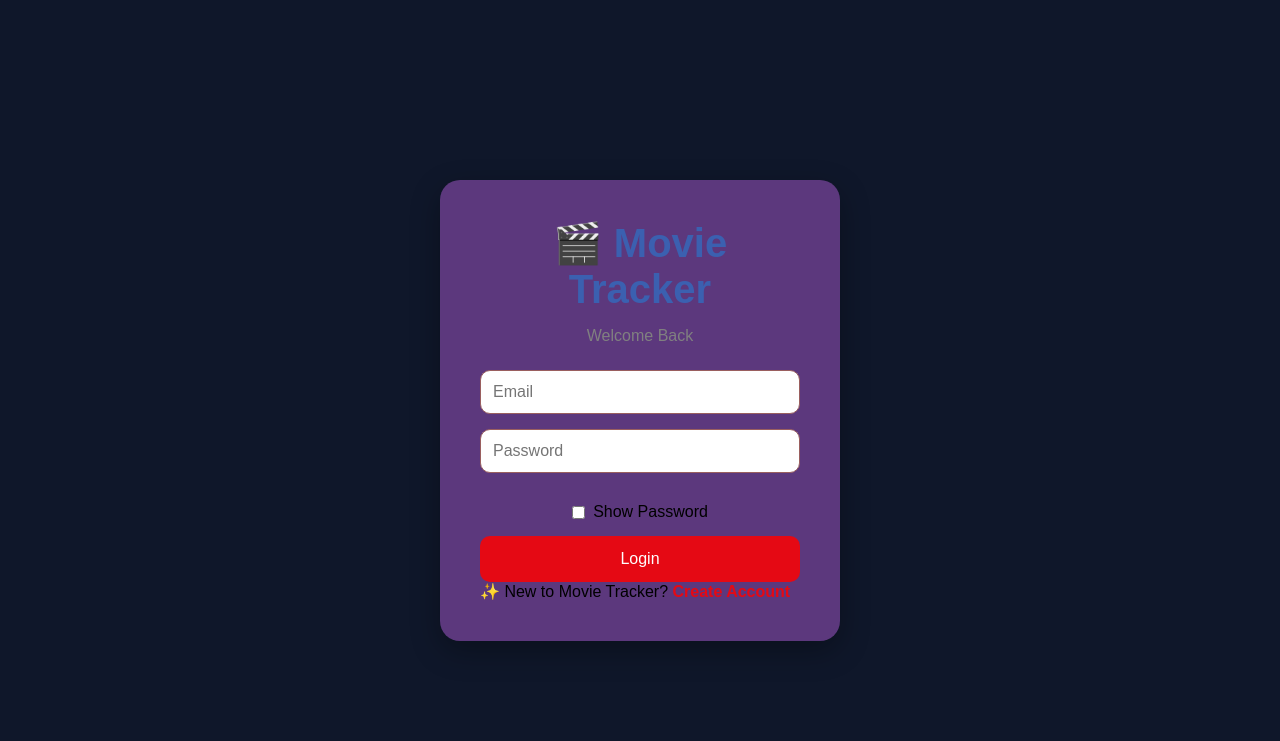
Repository: Dinesh-Codebais/movie-tracker
Page: login.html
An editor plug-in stored every save of this project. The page is shown before and after the next save, followed by the edit.
The browser window is 1280 px wide. The pictures show the whole page.

Above is the page before, as saved 2026-06-22 11:02:13.
Console error: TypeError: Cannot read properties of null (reading 'addEventListener')

After the next save:
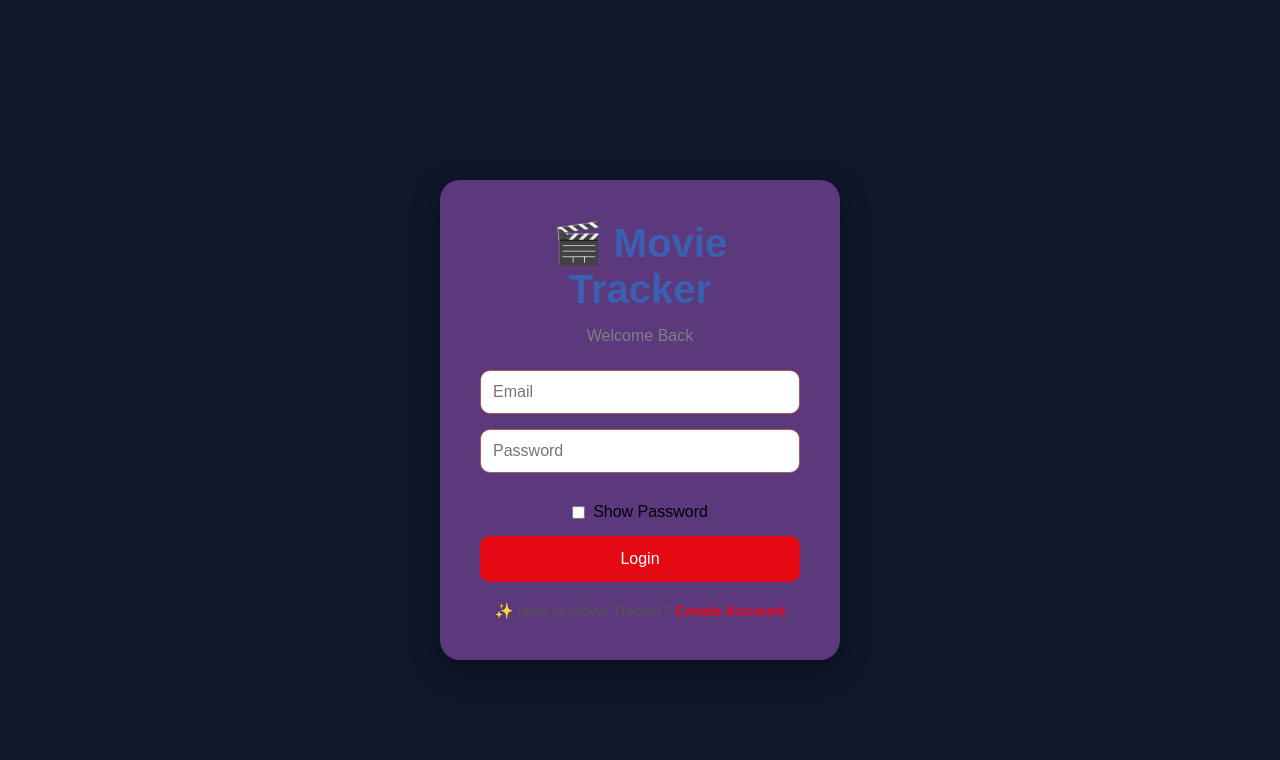
Saved 2 min 22 s later.
--- a/style.css
+++ b/style.css
@@ -599,3 +599,20 @@ body{
     text-decoration:none;
     font-weight:bold;
 }
+
+.login-link{
+    text-align:center;
+    margin-top:20px;
+    color:#555;
+    font-size:15px;
+}
+
+.login-link a{
+    color:#e50914;
+    font-weight:bold;
+    text-decoration:none;
+}
+
+.login-link a:hover{
+    text-decoration:underline;
+}
